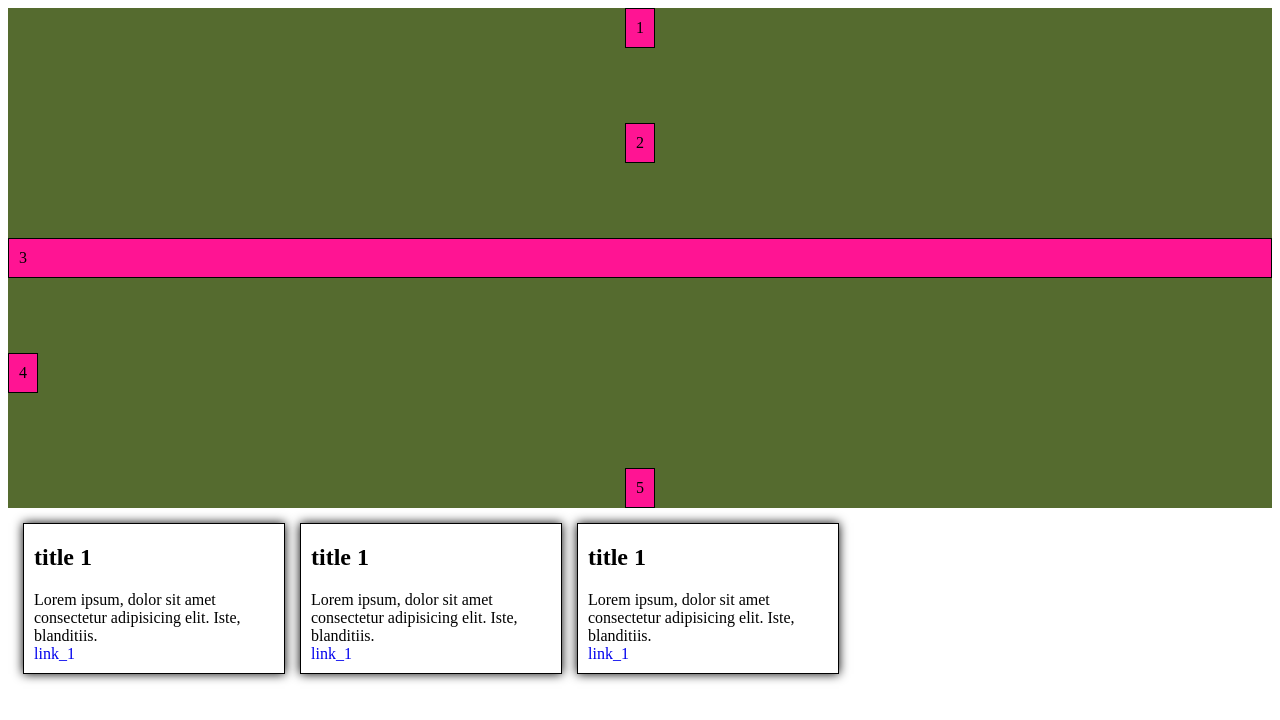
Repository: RustamNazarov98/demo
Page: index.html
These files come from the project's save history. The page is drawn as it stood at one moment and after the next save; the edit follows.
The browser window is 1280 px wide. The pictures show the whole page.

Above is the page before, as saved 2022-04-06 18:40:46.

### index.html
<!DOCTYPE html>
<html lang="en">
<head>
    <meta charset="UTF-8">
    <meta http-equiv="X-UA-Compatible" content="IE=edge">
    <meta name="viewport" content="width=device-width, initial-scale=1.0">
    <link rel="stylesheet" href="./style.css">
    <title>Document</title>
</head>
<body>
    <!-- flexbox -->
    <div class="flexbox">
        <div>1</div>
        <div>2</div>
        <div>3</div>
        <div>4</div>
        <div>5</div>
    </div>


    <!-- cards -->
    <div class="cards">
        <div class="card">
            <h2>title 1</h2>
            <div>Lorem ipsum, dolor sit amet consectetur adipisicing elit. Iste, blanditiis.</div>
            <a href="#">link_1</a>
        </div>
        <div class="card">
            <h2>title 1</h2>
            <div>Lorem ipsum, dolor sit amet consectetur adipisicing elit. Iste, blanditiis.</div>
            <a href="#">link_1</a>
        </div>
        <div class="card">
            <h2>title 1</h2>
            <div>Lorem ipsum, dolor sit amet consectetur adipisicing elit. Iste, blanditiis.</div>
            <a href="#">link_1</a>
        </div>
    </div>
</body>
</html>

### style.css
/* flexbox */

.flexbox{
    display: flex;
    flex-direction: column;
    justify-content: space-between;
    align-items:center;
    background-color: darkolivegreen;
    height: 500px;
}
.flexbox > div {
    border: 1px solid black;
    padding: 10px;
    background-color: deeppink;
}
.flexbox > div:nth-child(3) {
    align-self: stretch;
}

.flexbox > div:nth-child(4) {
    align-self: flex-start;
}


/* cards */

.cards {
    display: flex;
    margin: 15px;
}
.card {
    width: 250px;
    border: 1px solid black;
    box-shadow: 0 0 10px 0 black;
    padding: 0 0 10px 10px;
    margin-right: 15px;

}
.card > p {
    flex-grow: 1;
}
.card > a {
    text-decoration: none;
}

After the next save:
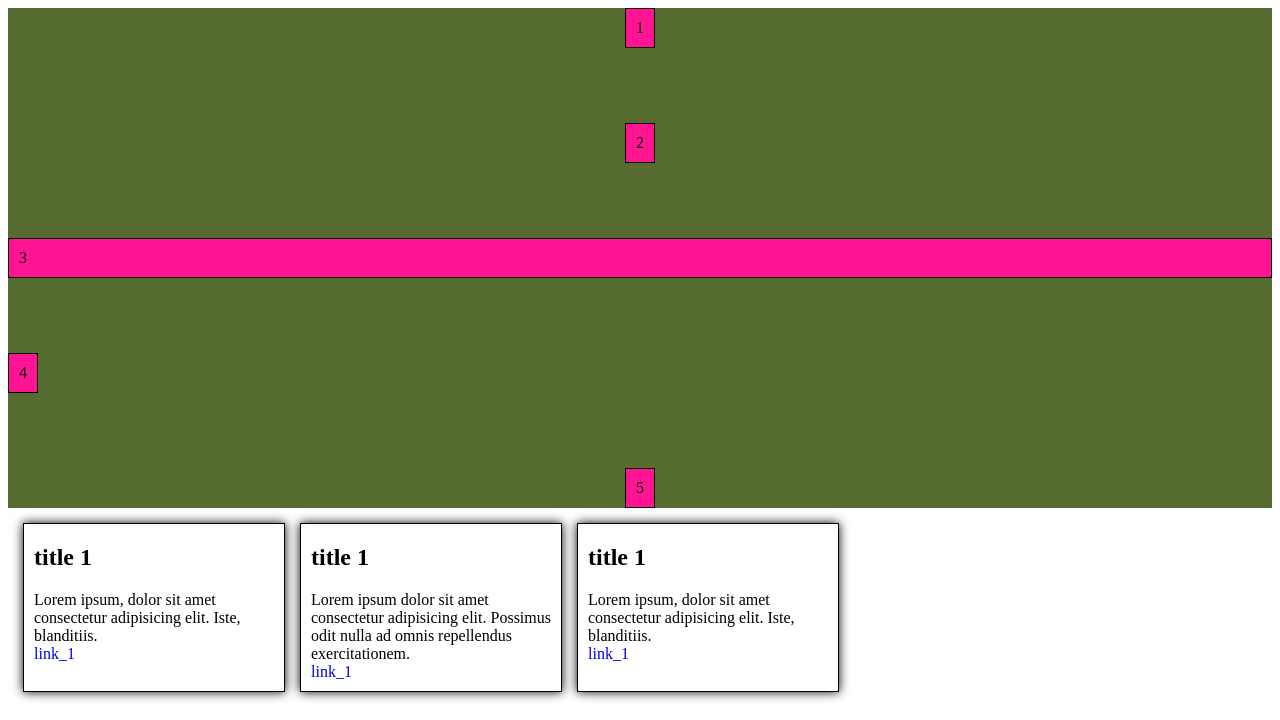
Saved 15 s later.
--- a/index.html
+++ b/index.html
@@ -27,7 +27,7 @@
         </div>
         <div class="card">
             <h2>title 1</h2>
-            <div>Lorem ipsum, dolor sit amet consectetur adipisicing elit. Iste, blanditiis.</div>
+            <div>Lorem ipsum dolor sit amet consectetur adipisicing elit. Possimus odit nulla ad omnis repellendus exercitationem.</div>
             <a href="#">link_1</a>
         </div>
         <div class="card">
